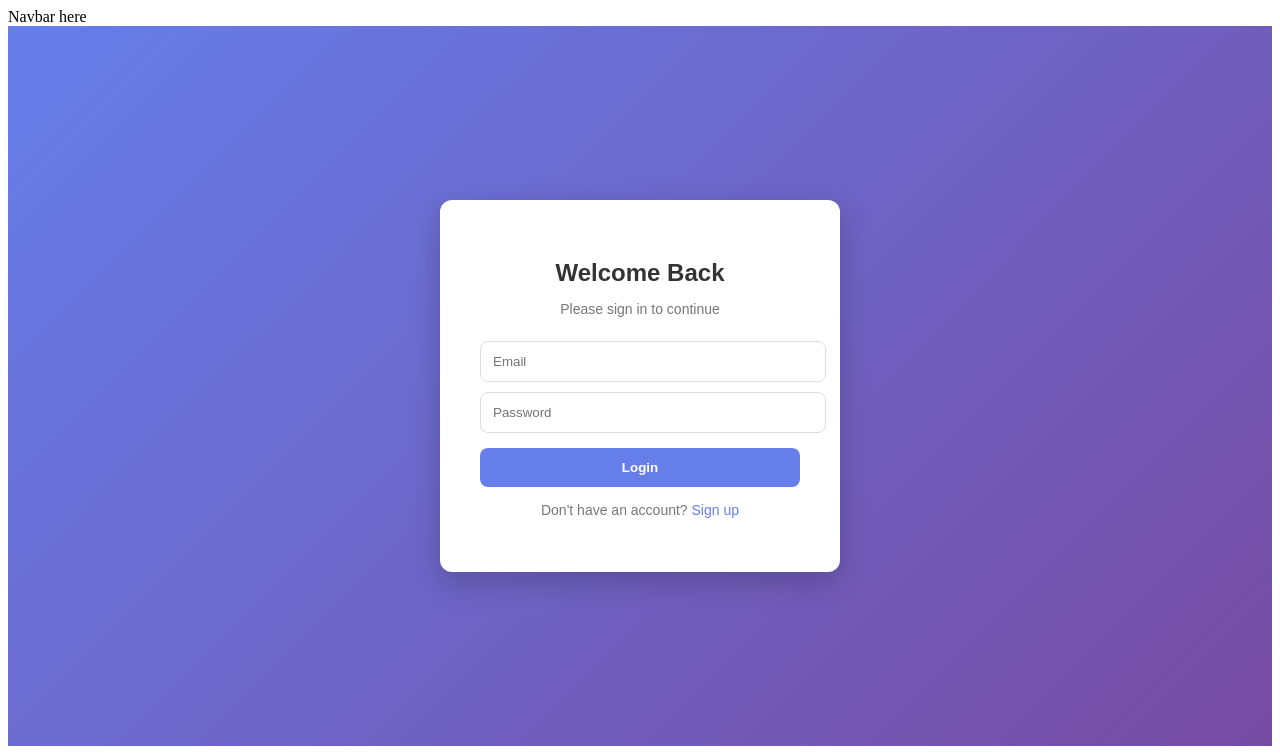
Repository: BMXracer44/CalendarConnect
Page: / (app in frontend/)
An editor plug-in stored every save of this project. The page is shown before and after the next save, followed by the edit.
The browser window is 1280 px wide. The pictures show the whole page.
The project was rebuilt for these pictures with package versions that can differ from the ones it lists, and the page was loaded fresh each time. Also part of the build but not shown: frontend/src/pages/Register.jsx.

Above is the page before, as saved 2026-04-01 09:52:54.

### frontend/src/index.js
import React from "react";
import ReactDOM from "react-dom/client";
import { RouterProvider } from "react-router-dom";
import { router } from "./router";
import "./styles.css";

ReactDOM.createRoot(document.getElementById("root")).render(
  <RouterProvider router={router} />
);

### frontend/src/router.jsx
import { createBrowserRouter } from "react-router-dom";
import App from "./App";
import Login from "./pages/Login";
import Register from "./pages/Register";
import Home from "./pages/Home";

export const router = createBrowserRouter([
  {
    path: "/",
    element: <App />,   // 👈 use App here
    children: [
      { index: true, element: <Login /> },     // "/"
      { path: "register", element: <Register /> },
      { path: "home", element: <Home /> }
    ]
  }
]);

### frontend/src/styles.css
/* Center page */
.login-container {
  height: 100vh;
  display: flex;
  justify-content: center;
  align-items: center;
  background: linear-gradient(135deg, #667eea, #764ba2);
  font-family: Arial, sans-serif;
}

/* Card */
.login-card {
  background: white;
  padding: 40px;
  border-radius: 12px;
  width: 320px;
  box-shadow: 0 10px 30px rgba(0,0,0,0.2);
  text-align: center;
}

/* Title */
.login-card h2 {
  margin-bottom: 10px;
  color: #333;
}

/* Subtitle */
.login-card p {
  color: #777;
  font-size: 14px;
}

/* Inputs */
.login-card input {
  width: 100%;
  padding: 12px;
  margin-top: 10px;
  border: 1px solid #ddd;
  border-radius: 8px;
  outline: none;
  transition: 0.2s;
}

.login-card input:focus {
  border-color: #667eea;
}

/* Button */
.login-card button {
  width: 100%;
  padding: 12px;
  margin-top: 15px;
  background: #667eea;
  color: white;
  border: none;
  border-radius: 8px;
  cursor: pointer;
  font-weight: bold;
  transition: 0.2s;
}

.login-card button:hover {
  background: #5a67d8;
}

/* Bottom text */
.bottom-text {
  margin-top: 15px;
  font-size: 13px;
}

.bottom-text a {
  color: #667eea;
  text-decoration: none;
}

### frontend/src/App.js
import { Outlet } from "react-router-dom";

function App() {
  return (
    <div>
      <nav>Navbar here</nav>
      <Outlet />
    </div>
  );
}

export default App;

### frontend/src/pages/Login.jsx
import { useState } from "react";
import { Link } from "react-router-dom";

function Login() {
  const [email, setEmail] = useState("");
  const [password, setPassword] = useState("");

  const handleSubmit = (e) => {
    e.preventDefault();
    console.log("Login submitted:", { email, password });
  };

  return (
    <div className="login-container">
      <div className="login-card">
        <h2>Welcome Back</h2>
        <p>Please sign in to continue</p>

        <form onSubmit={handleSubmit}>
          <input
            type="email"
            placeholder="Email"
            value={email}
            onChange={(e) => setEmail(e.target.value)}
          />

          <input
            type="password"
            placeholder="Password"
            value={password}
            onChange={(e) => setPassword(e.target.value)}
          />

          <button type="submit">Login</button>
        </form>

        <p className="bottom-text">
          Don't have an account? <Link to="/register">Sign up</Link>
        </p>
      </div>
    </div>
  );
}

export default Login;

Loaded but not shown: frontend/src/pages/Home.jsx (no stored copy; drawn as an empty file)

After the next save:
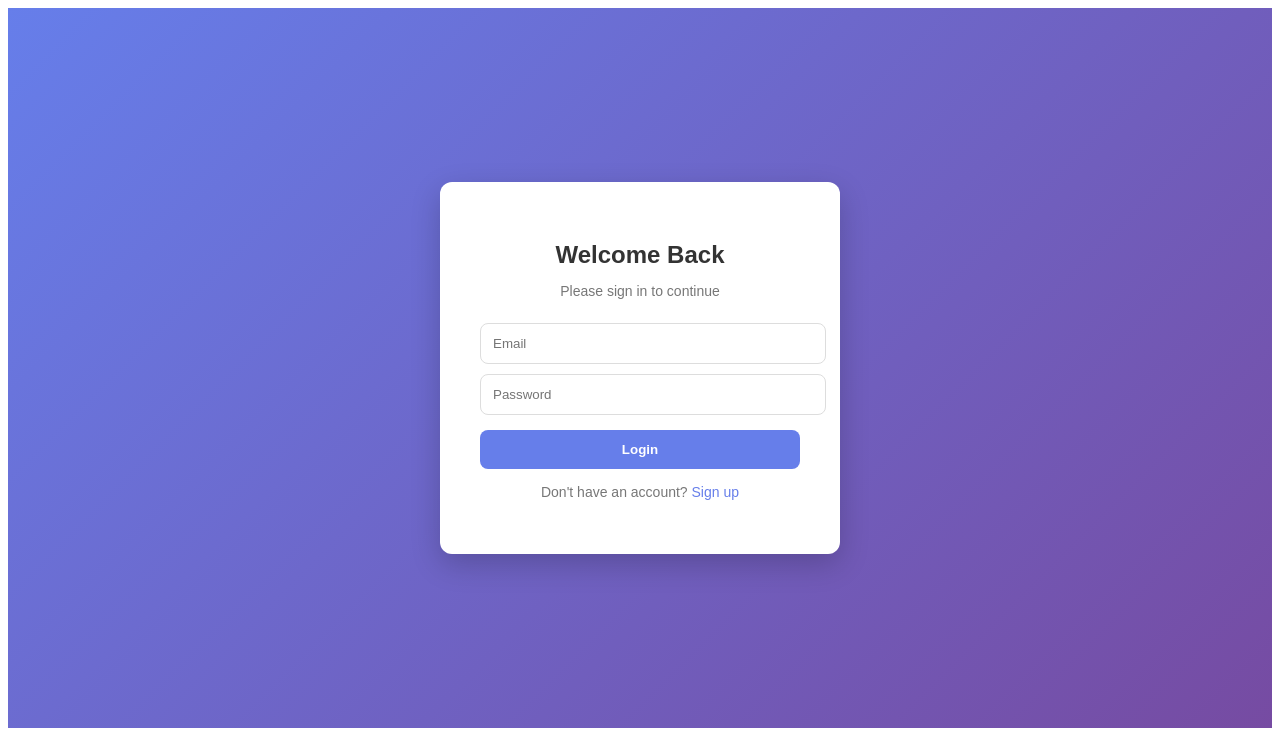
Saved 18 s later.
--- a/frontend/src/App.js
+++ b/frontend/src/App.js
@@ -3,7 +3,6 @@ import { Outlet } from "react-router-dom";
 function App() {
   return (
     <div>
-      <nav>Navbar here</nav>
       <Outlet />
     </div>
   );
